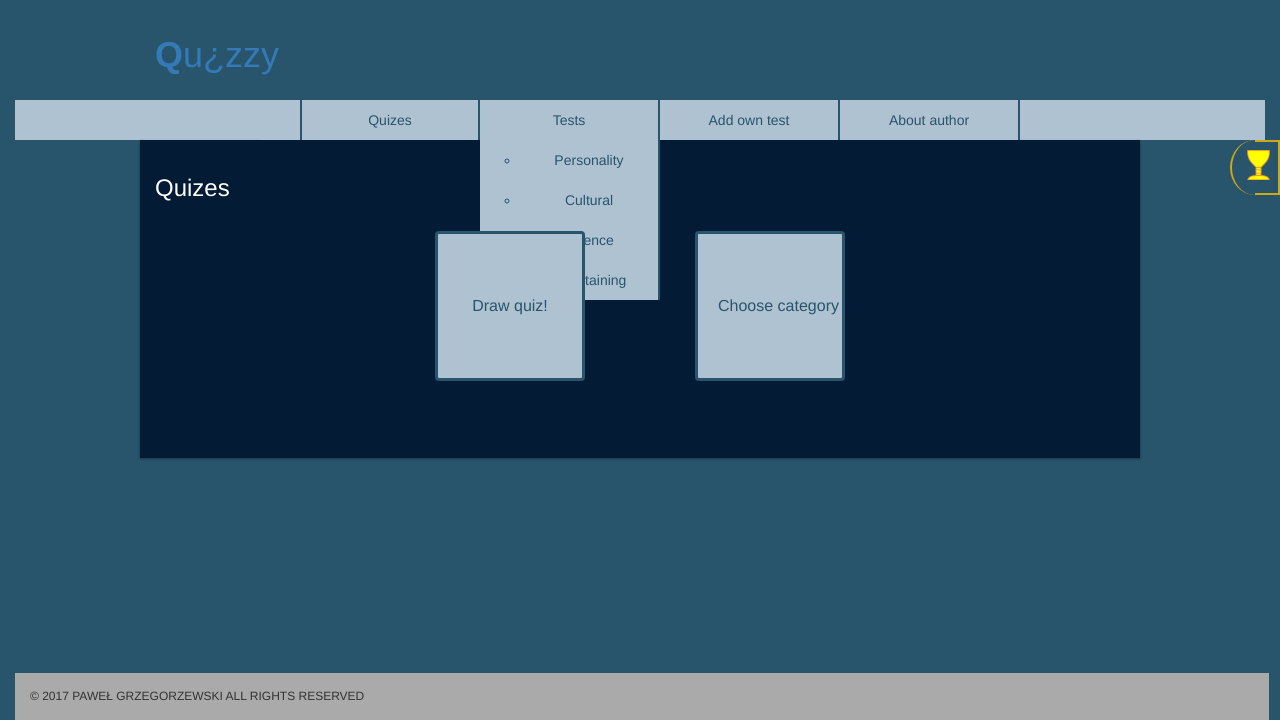
Repository: pgrzegorzewski/quiz
Page: http://localhost/app/quiz.php
An editor plug-in stored every save of this project. The page is shown before and after the next save, followed by the edit.
The browser window is 1280 px wide. The pictures show the whole page.
Some web libraries are served in a nearby version. The page is run by PHP 8.4 with error messages shown; the project is at /var/www/html/.

Above is the page before, as saved 2017-04-21 20:50:45.

After the next save:
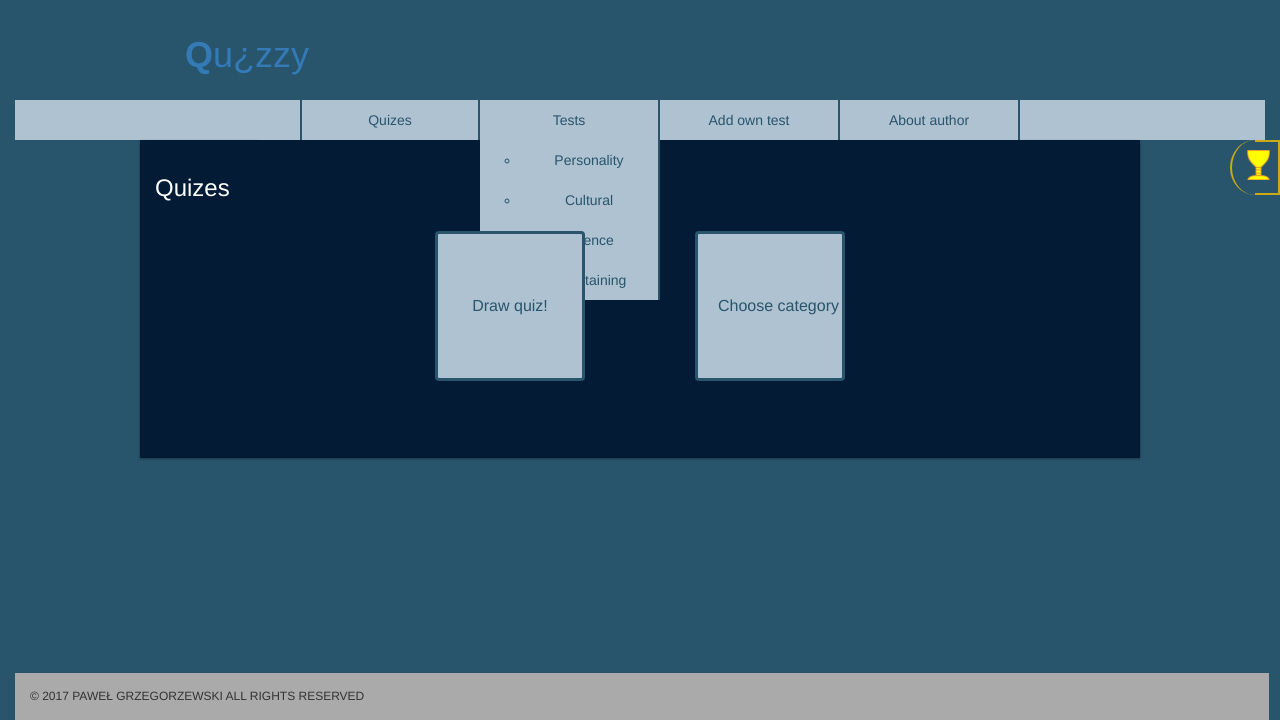
Saved 15 s later.
--- a/htdocs/app/learningapp/css/index.css
+++ b/htdocs/app/learningapp/css/index.css
@@ -25,7 +25,7 @@ h1, h2, h3 ,h4{
 	text-align:ceter;
 }
 
-title{
+#title{
 	margin-left:30px;
 }
 
